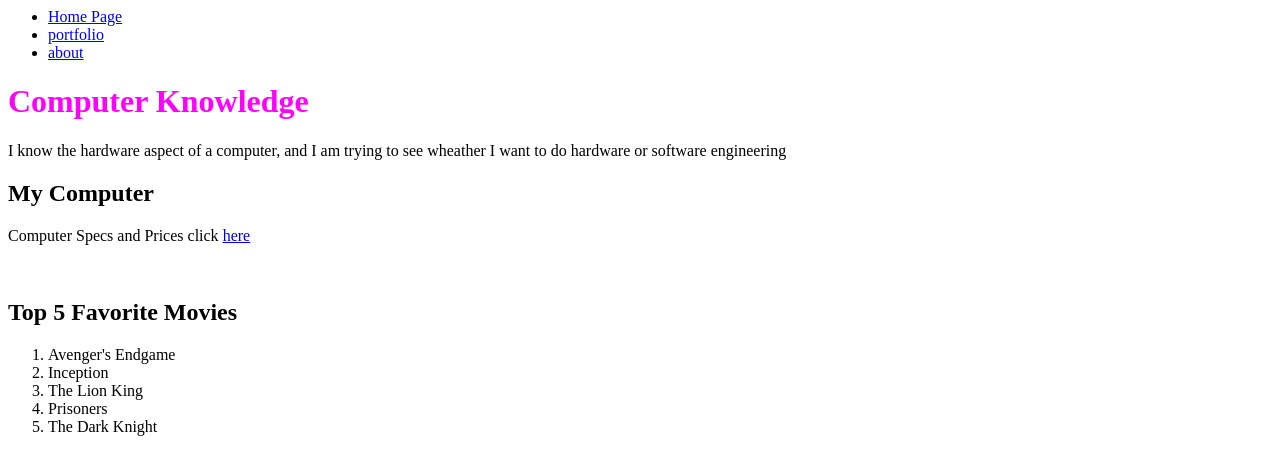
Repository: mike3245/mike3245.github.io
Page: about.html
The author's editor kept a record of every edit. The page is drawn from the files as they stood at one moment, then again after the next edit.
The browser window is 1280 px wide. The pictures show the whole page.

Above is the page before.

### about.html
<html>
   <head>
       <title>About Me</title>
       <style>
h1 {color:magenta; font-family:;
body {background-color: cyan;}
h2  {color: magenta;
}
</style>

   </head>

   <body>
     <ul>
    <li><a href="index.html">Home Page</a></li>
    <li><a href="portfolio.html">portfolio</a></li>
    <li><a href="about.html">about</a></li>
    </ul>

    <h1> Computer Knowledge</h1>
    <p>I know the hardware aspect of a computer, and I am trying to see wheather I want to do hardware or software engineering</p>
    <h2>My Computer</h2>
    <p>Computer Specs and Prices click <a target="_blank" href="https://pcpartpicker.com/user/phoenixflame89/saved/F2Xb8d">here</a></p>
    <br>
    <h2>Top 5 Favorite Movies</h2>
    <ol><li>Avenger's Endgame</li><li>Inception</li><li>The Lion King</li><li>Prisoners</li><li>The Dark Knight</li> </ol>
    <img /Image/maxresdefault.jpg>


    </body>

   </html>

After the next edit:
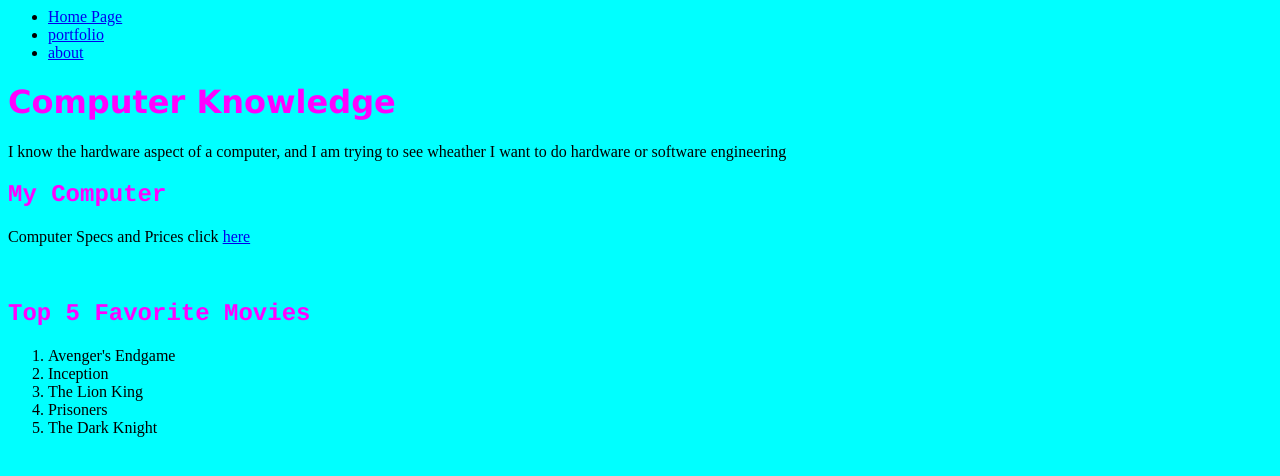
The edit:
--- a/about.html
+++ b/about.html
@@ -2,9 +2,9 @@
    <head>
        <title>About Me</title>
        <style>
-h1 {color:magenta; font-family:;
 body {background-color: cyan;}
-h2  {color: magenta;
+h1  {color:magenta; font-family:verdana}
+h2  {color: magenta; font-family:courier;
 }
 </style>
 
